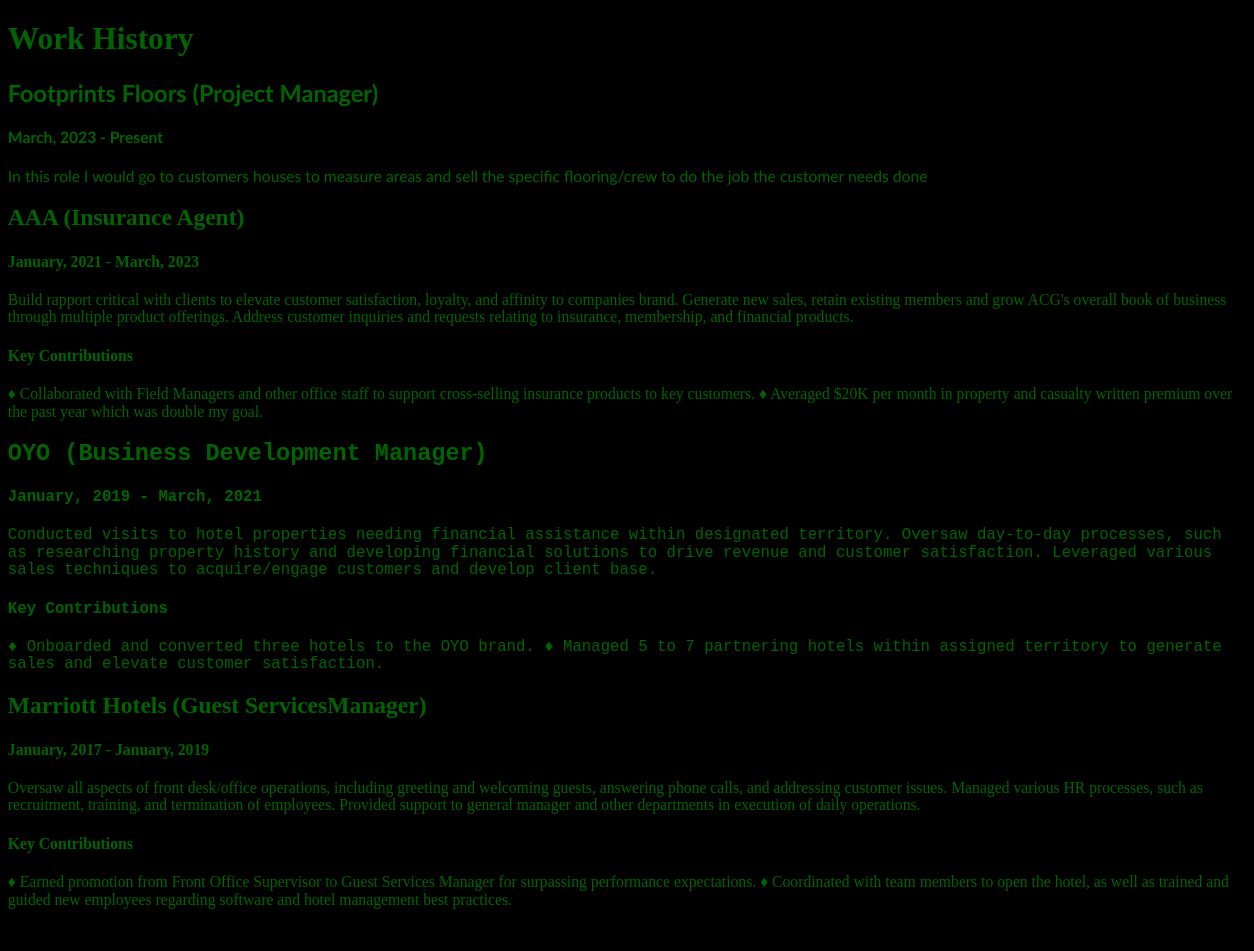
Repository: TEazy2433/LAB-HTML-Resume
Page: index.html
The author's editor kept a copy of each file at every save. The page is drawn from the files as they stood at one save, then again after the next save.
The browser window is 1280 px wide. The pictures show the whole page, at 98% of full size.

Above is the page before, as saved 2023-10-11 20:22:09.

### index.html
<!DOCTYPE html>
<html lang="en">
<head>
  <meta charset="UTF-8">
  <meta name="viewport" content="width=device-width, initial-scale=1.0">
  <title>Resume</title>
  <link rel="stylesheet" href="main.css">
  </head>
  <body>

  <script src="main.js"></script>
  </body>
  </html><html></html>
    </head>
      <title>Work History</title>
    </head>
    <body>
      <h1>Work History</h1>
      <article id="articleOne">
        <h2>Footprints Floors (Project Manager)</h2>
        <h4>March, 2023 - Present</h4>
        <section>
          <p>In this role I would go to customers houses to measure areas and sell the specific flooring/crew to do the job the customer needs done</p>
        </section>
      </article>

      <article id="articleTwo">
        <h2>AAA (Insurance Agent)</h2>
        <h4>January, 2021 - March, 2023</h4>
        <section>
          <p>Build rapport critical with clients to elevate customer satisfaction, loyalty, and affinity to companies brand. Generate new sales, retain existing members and grow ACG's overall book of business through multiple product offerings. Address customer inquiries and requests relating to insurance, membership, and financial products.</p>

          <h4>Key Contributions</h4>
          <P>♦ Collaborated with Field Managers and other office staff to support cross-selling insurance products to key customers.
            ♦ Averaged $20K per month in property and casualty written premium over the past year which was double my goal.</P>
        </section>
      </article>

      <article id="articleThree">
        <h2>OYO (Business Development Manager)</h2>
        <h4>January, 2019 - March, 2021</h4>
        <section>
          <p>Conducted visits to hotel properties needing financial assistance within designated territory. Oversaw day-to-day processes, such as researching property history and developing financial solutions to drive revenue and customer satisfaction. Leveraged various sales techniques to acquire/engage customers and develop client base.</p>

          <h4>Key Contributions</h4>
          <P>♦ Onboarded and converted three hotels to the OYO brand.
            ♦ Managed 5 to 7 partnering hotels within assigned territory to generate sales and elevate customer satisfaction.</P>
        </section>
      </article>

      <article id="articleFour">
        <h2>Marriott Hotels (Guest ServicesManager)</h2>
        <h4>January, 2017 - January, 2019</h4>
        <section>
          <p>Oversaw all aspects of front desk/office operations, including greeting and welcoming guests, answering phone calls, and addressing customer issues. Managed various HR processes, such as recruitment, training, and termination of employees. Provided support to general manager and other departments in execution of daily operations.</p>

          <h4>Key Contributions</h4>
          <P>♦ Earned promotion from Front Office Supervisor to Guest Services Manager for surpassing performance expectations.
            ♦ Coordinated with team members to open the hotel, as well as trained and guided new employees regarding software
            and hotel management best practices.</P>
        </section>
      </article>


    </body>

### main.css
body{
  background-color: black;
}

h1{
  color:darkgreen
}

h2{
  color: darkgreen;
}

p{
  color:darkgreen
}

h4{
  color:darkgreen
}

h5{
  color: darkgreen;
}

#articleOne{
  font-family: 'Gill Sans', 'Gill Sans MT', Calibri, 'Trebuchet MS', sans-serif;
}

#articleTwo{
  font-family: cursive;
}

#articleThree{
  font-family: 'Courier New', Courier, monospace;
}

#articleFour{
  font-family: fantasy;
}

### main.js
console.log("Resume");

After the next save:
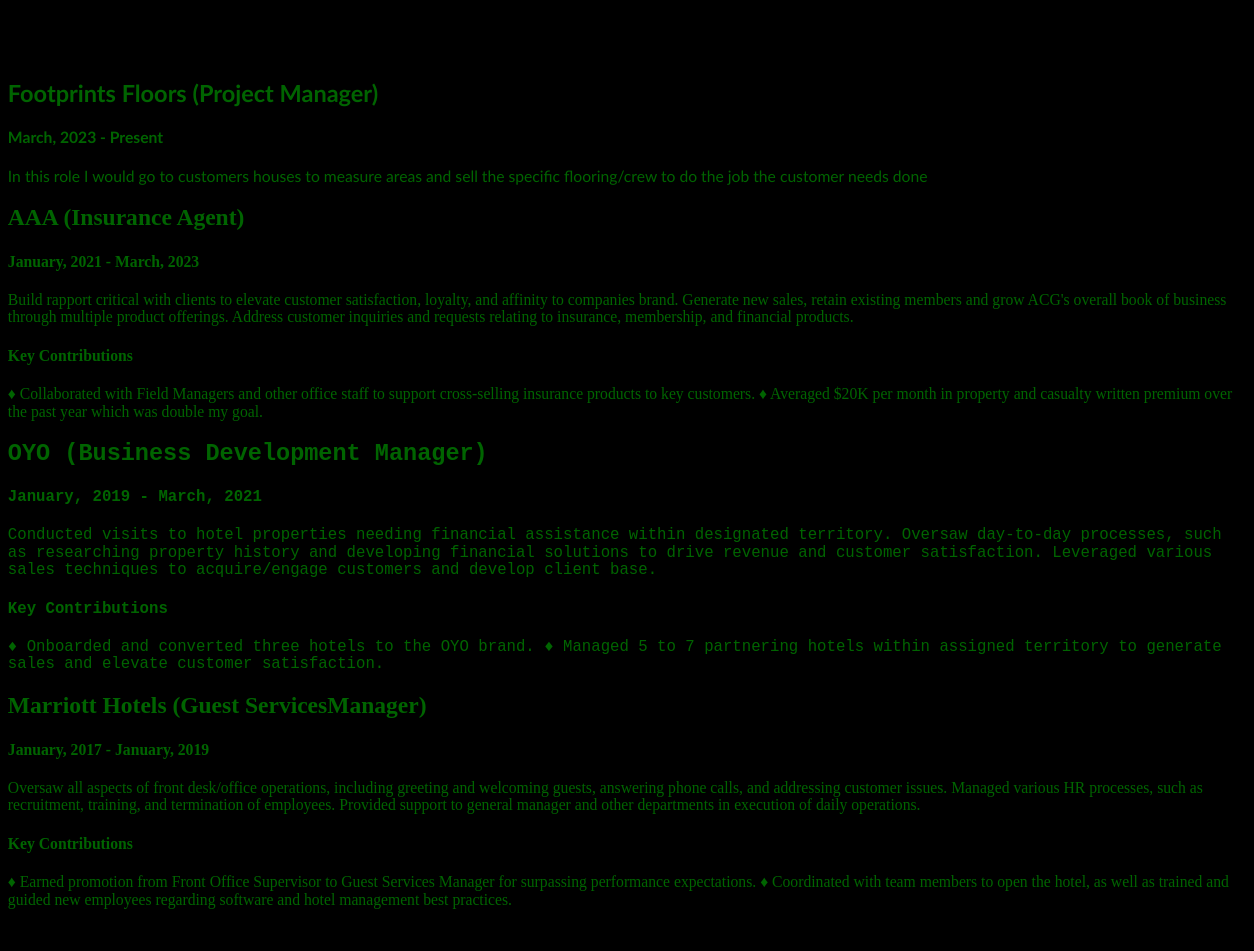
Saved 85 s later.
--- a/main.css
+++ b/main.css
@@ -4,6 +4,7 @@
 
 h1{
   color:darkgreen
+  border:hwb(from color h w b)
 }
 
 h2{
